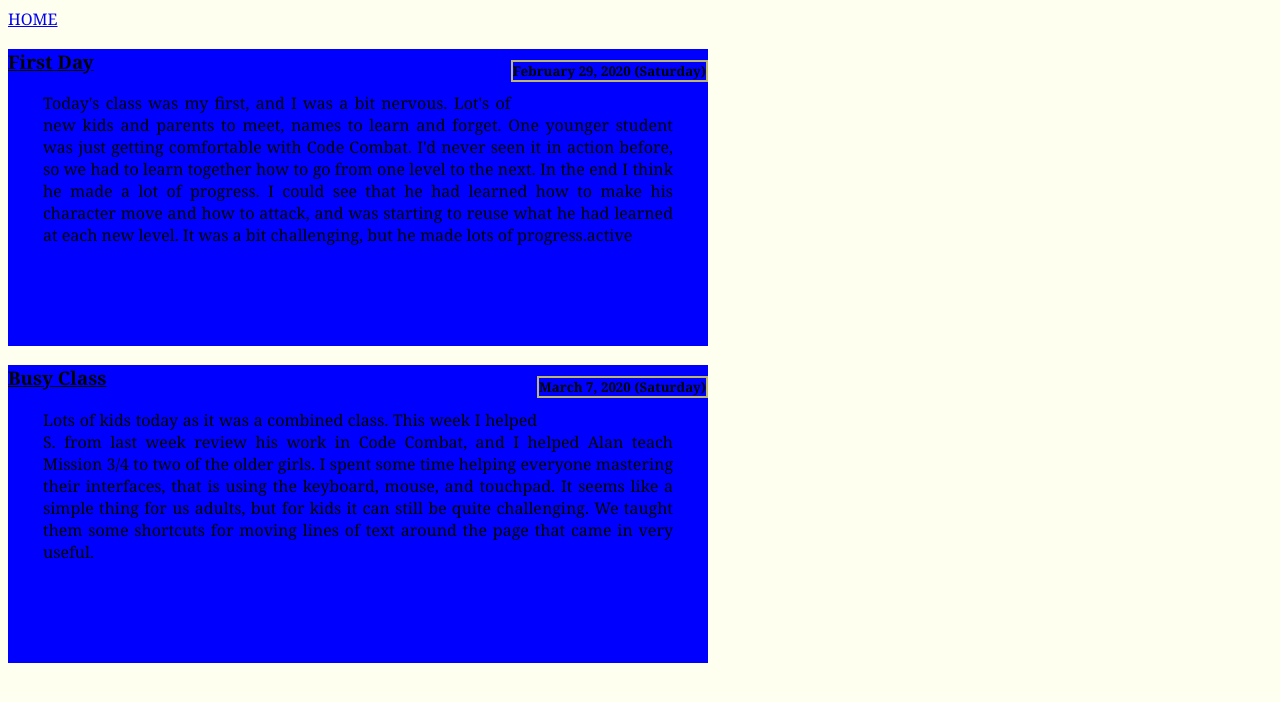
Repository: chocochocosensei/Mission-Exercises
Page: Page1/index.html
The author's editor kept a copy of each file at every save. The page is drawn from the files as they stood at one save, then again after the next save.
The browser window is 1280 px wide. The pictures show the whole page.

Above is the page before, as saved 2020-03-11 04:11:27.

### Page1/index.html
<!doctype html>
<html>

<head>
    <meta charset="utf-8">
    <link rel="stylesheet" href="../style.css">
    <title>Mission Exercises March</title>
</head>

<body>
    <section>
        <div class="nav-bar"><a href="../index.html">HOME</a></div>
    </section>

    <section>
        <div class="section-title">
            <h2 id="entry-date-for-2020-02-29">February 29, 2020 (Saturday)</h2>
        </div>
        <div class="section-activity">
            <div class="card">
                <div class="title">
                    <h3 id="entry-title-for-2020-02-29">First Day</h3>
                </div>
                <div class="content">
                    <p>Today's class was my first, and I was a bit nervous. Lot's of new kids and parents to meet, names to learn and forget. One younger student was just getting comfortable with Code Combat. I'd never seen it in action before, so we had
                        to learn together how to go from one level to the next. In the end I think he made a lot of progress. I could see that he had learned how to make his character move and how to attack, and was starting to reuse what he had learned
                        at each new level. It was a bit challenging, but he made lots of progress.active</p>
                </div>
            </div>

            <div class="card class-hours hidden">
                <div class="title">
                    <h3 id="hours-for-2020-02-29">Hours for February 29, 2020</h3>
                </div>
                <div class="content">
                    <p>Class: 10:30-12:30</p>
                    <p>Hours: 2</p>
                </div>

            </div>
        </div>
    </section>

    <section>
        <div class="section-title">
            <h2 id="entry-date-for-2020-03-07">March 7, 2020 (Saturday)</h2>
        </div>
        <div class="section-activity">
            <div class="card">
                <div class="title">
                    <h3 id="entry-title-for-2020-03-07">Busy Class</h3>
                </div>
                <div class="content">
                    <p>Lots of kids today as it was a combined class. This week I helped S. from last week review his work in Code Combat, and I helped Alan teach Mission 3/4 to two of the older girls. I spent some time helping everyone mastering their interfaces,
                        that is using the keyboard, mouse, and touchpad. It seems like a simple thing for us adults, but for kids it can still be quite challenging. We taught them some shortcuts for moving lines of text around the page that came in very
                        useful.
                    </p>
                </div>
            </div>

            <div class="card class-hours hidden">
                <div class="title">
                    <h3 id="hours-for-2020-02-29">Hours for March 7, 2020</h3>
                </div>
                <div class="content">
                    <p>Class: 10:30-12:30</p>
                    <p>Hours: 2</p>
                </div>

            </div>
        </div>
    </section>
</body>

### style.css
body {
    background-color: ivory;
    font-family: Cambria, Cochin, Georgia, Times, 'Times New Roman', serif;
    max-width: 700px;
}

*.hidden {
    display: none;
}

.section-title h2 {
    font-size: smaller;
    text-align: right;
    float: right;
    width: auto;
    border: 2pt solid darkkhaki;
    z-index: 100;
}

.section-activity {
    padding-bottom: 100px;
    background-color: blue;
}

.section-activity .content p {
    margin: 0 5%;
    text-align: justify;
}

.title {
    font-weight: bold;
    text-decoration: underline;
}

After the next save:
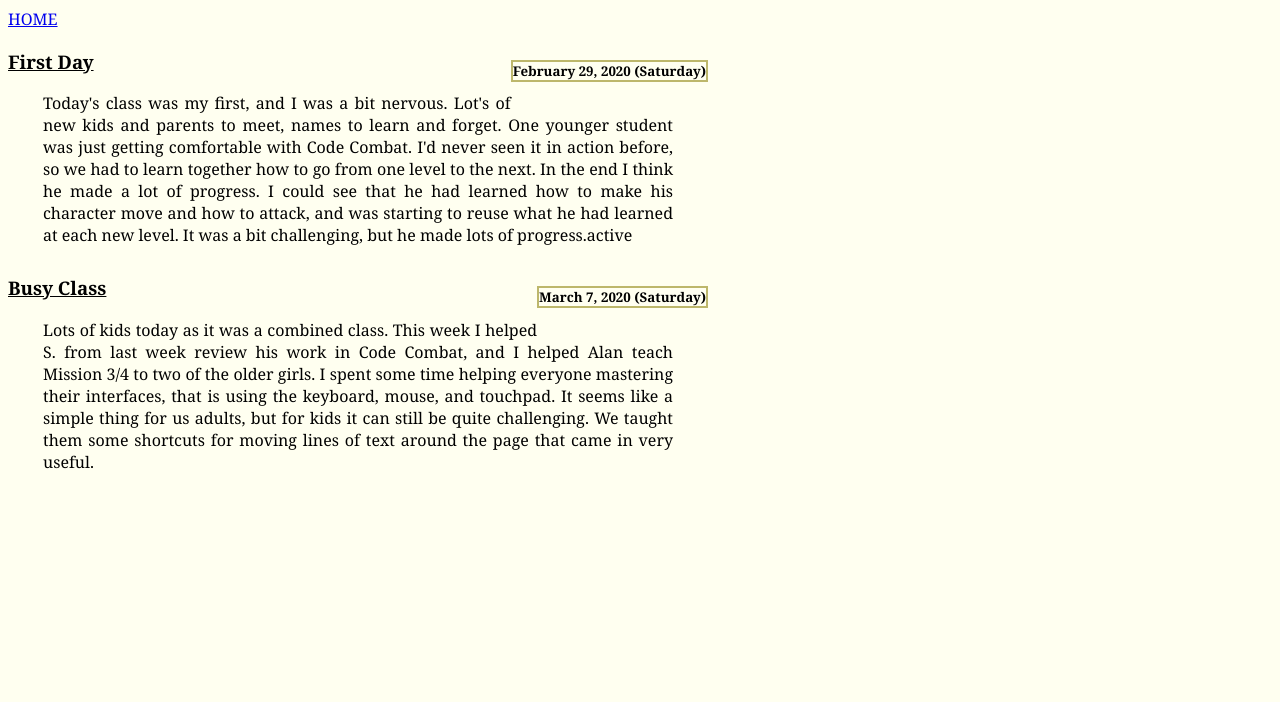
Saved 22 s later.
--- a/style.css
+++ b/style.css
@@ -18,8 +18,7 @@ body {
 }
 
 .section-activity {
-    padding-bottom: 100px;
-    background-color: blue;
+    padding-bottom: 10px;
 }
 
 .section-activity .content p {
